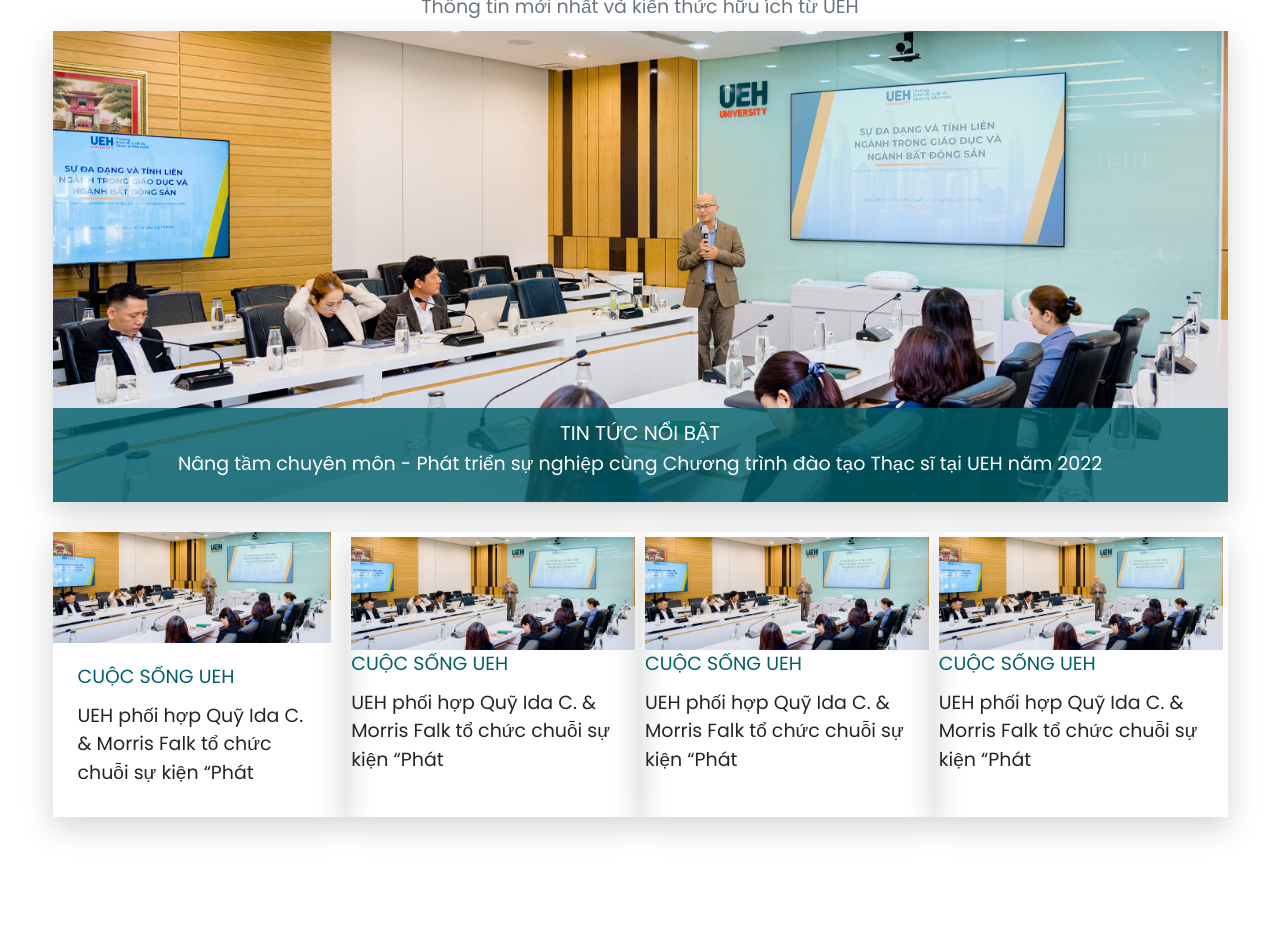
Repository: Jackietruong2805/frontends
Page: html css/ueh/index.html
An editor plug-in stored every save of this project. The page is shown before and after the next save, followed by the edit.
The browser window is 1280 px wide. The page is 1288 px wide, so the pictures cover 1288 px, including what lies to the right of the window. The pictures show the part of the page from y = 768 to 1720 px (the page is 1720 px tall).
Some web libraries are served in a nearby version.

Above is the page before, as saved 2022-06-20 09:42:32.

After the next save:
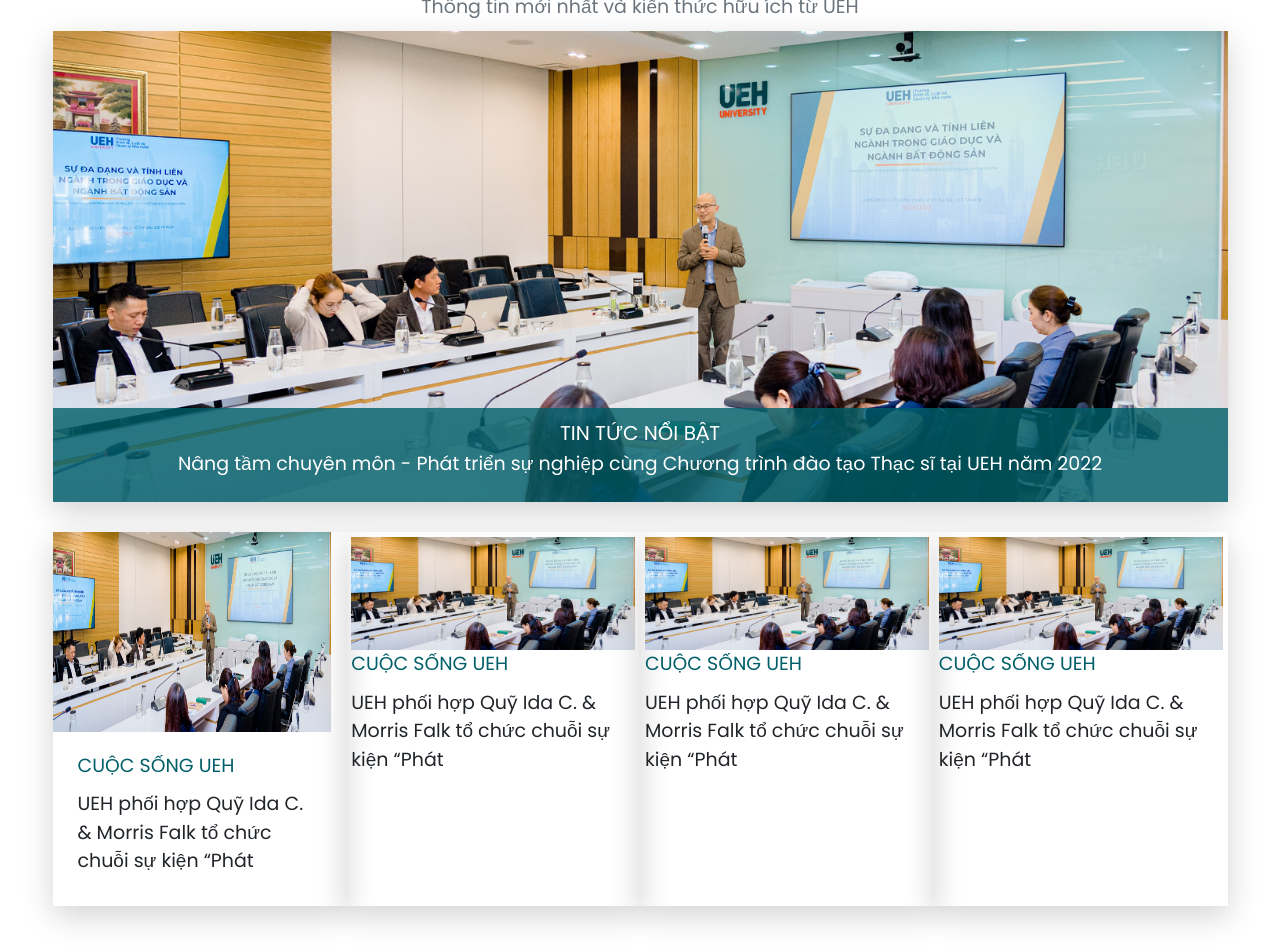
Saved 61 s later.
--- a/html css/ueh/css/index.css
+++ b/html css/ueh/css/index.css
@@ -201,3 +201,7 @@
     height: auto;
     flex-basis: 100px;
 }
+
+.news__img img {
+    height: 200px;
+}
